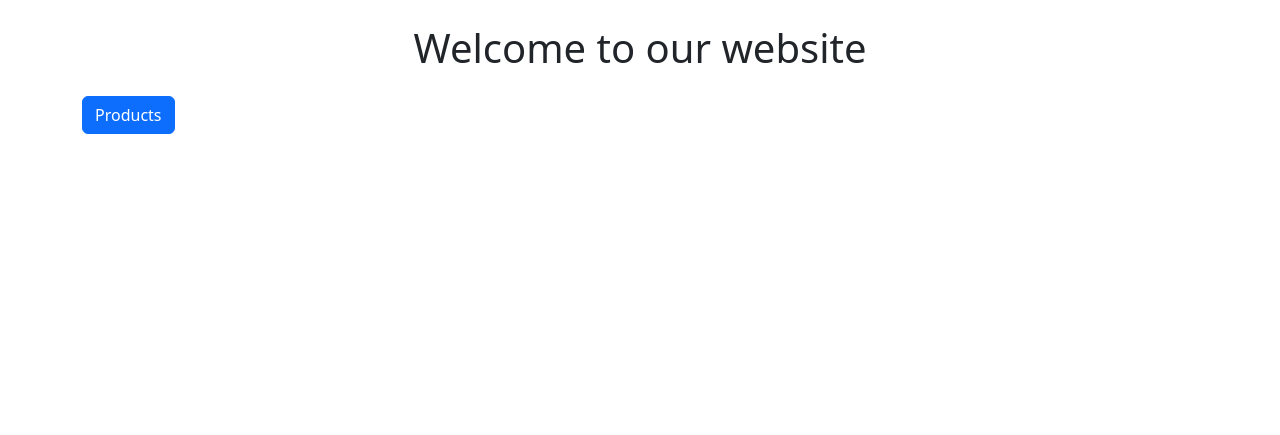
Repository: niwa787/123
Page: beststore/beststore/src/main/resources/static/index.html
These files come from the project's save history. The page is drawn as it stood at one moment and after the next save; the edit follows.
The browser window is 1280 px wide. The pictures show the whole page.

Above is the page before, as saved 2024-06-15 12:40:12.

### beststore/beststore/src/main/resources/static/index.html
<!doctype html>
<html lang="en">
  <head>
    <meta charset="utf-8">
    <meta name="viewport" content="width=device-width, initial-scale=1">
    <title>Best Store</title>
    <link href="https://cdn.jsdelivr.net/npm/bootstrap@5.3.2/dist/css/bootstrap.min.css" rel="stylesheet" integrity="sha384-T3c6CoIi6uLrA9TneNEoa7RxnatzjcDSCmG1MXxSR1GAsXEV/Dwwykc2MPK8M2HN" crossorigin="anonymous">
  </head>
  <body>
    <div class="container">
    	<h1 class="text-center my-4">Welcome to our website</h1>

    	<a class="btn btn-primary" href="/products">Products</a>
    </div>

    <script src="https://cdn.jsdelivr.net/npm/bootstrap@5.3.2/dist/js/bootstrap.bundle.min.js" integrity="sha384-C6RzsynM9kWDrMNeT87bh95OGNyZPhcTNXj1NW7RuBCsyN/o0jlpcV8Qyq46cDfL" crossorigin="anonymous"></script>
  </body>
</html>

After the next save:
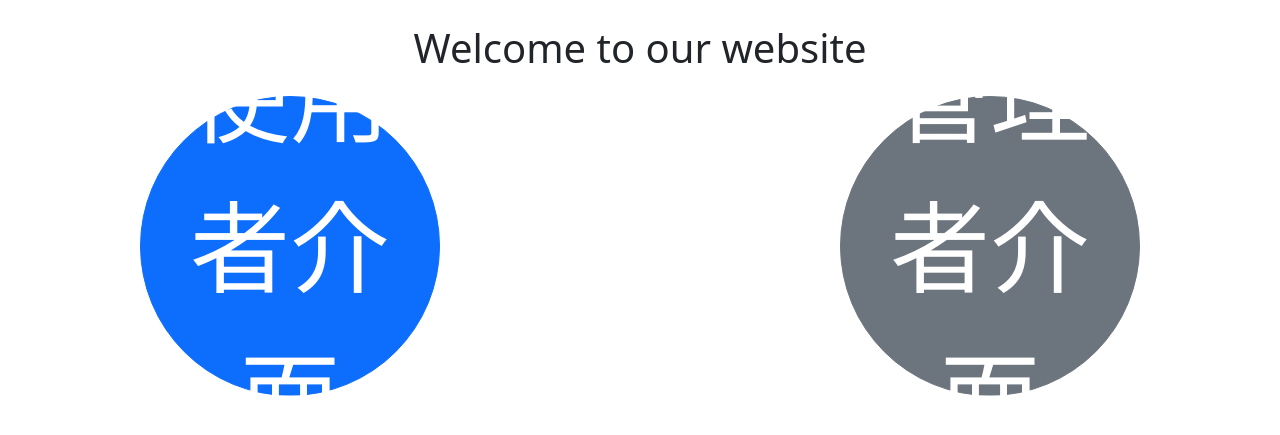
Saved 2 h 14 min later.
--- a/beststore/beststore/src/main/resources/static/index.html
+++ b/beststore/beststore/src/main/resources/static/index.html
@@ -5,12 +5,30 @@
     <meta name="viewport" content="width=device-width, initial-scale=1">
     <title>Best Store</title>
     <link href="https://cdn.jsdelivr.net/npm/bootstrap@5.3.2/dist/css/bootstrap.min.css" rel="stylesheet" integrity="sha384-T3c6CoIi6uLrA9TneNEoa7RxnatzjcDSCmG1MXxSR1GAsXEV/Dwwykc2MPK8M2HN" crossorigin="anonymous">
+    <style>
+      .btn-circle {
+        width: 300px;
+        height: 300px;
+        border-radius: 50%;
+        font-size: 100px;
+        display: flex;
+        align-items: center;
+        justify-content: center;
+      }
+      .btn-container {
+        display: flex;
+        justify-content: center;
+        gap: 400px;
+      }
+    </style>
   </head>
   <body>
     <div class="container">
-    	<h1 class="text-center my-4">Welcome to our website</h1>
-
-    	<a class="btn btn-primary" href="/products">Products</a>
+      <h1 class="text-center my-4">Welcome to our website</h1>
+      <div class="btn-container">
+        <a class="btn btn-primary btn-circle" href="/user">使用者介面</a>
+        <a class="btn btn-secondary btn-circle" href="/admin">管理者介面</a>
+      </div>
     </div>
 
     <script src="https://cdn.jsdelivr.net/npm/bootstrap@5.3.2/dist/js/bootstrap.bundle.min.js" integrity="sha384-C6RzsynM9kWDrMNeT87bh95OGNyZPhcTNXj1NW7RuBCsyN/o0jlpcV8Qyq46cDfL" crossorigin="anonymous"></script>
